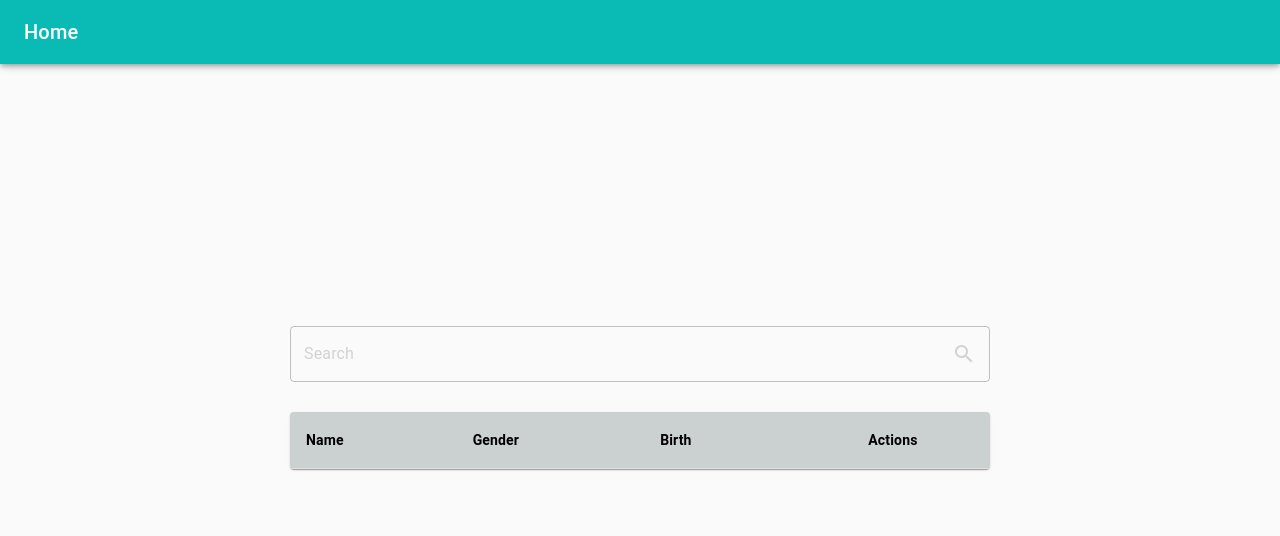
Repository: GabrielBrandaoProjetos/patient-manager
Page: /
These files come from the project's save history. The page is drawn as it stood at one moment and after the next save; the edit follows.
The browser window is 1280 px wide. The pictures show the whole page.
The page's requests for data from a server got no answer. The project was rebuilt for these pictures with package versions that can differ from the ones it lists, and the page was loaded fresh each time. No one was signed in, and anything a server would have sent is missing. Also part of the build but not shown: src/components/Modal/PatientModal.style.ts, src/components/Modal/PatientModal.tsx.

Above is the page before, as saved 2021-09-17 03:59:03.

After the next save:
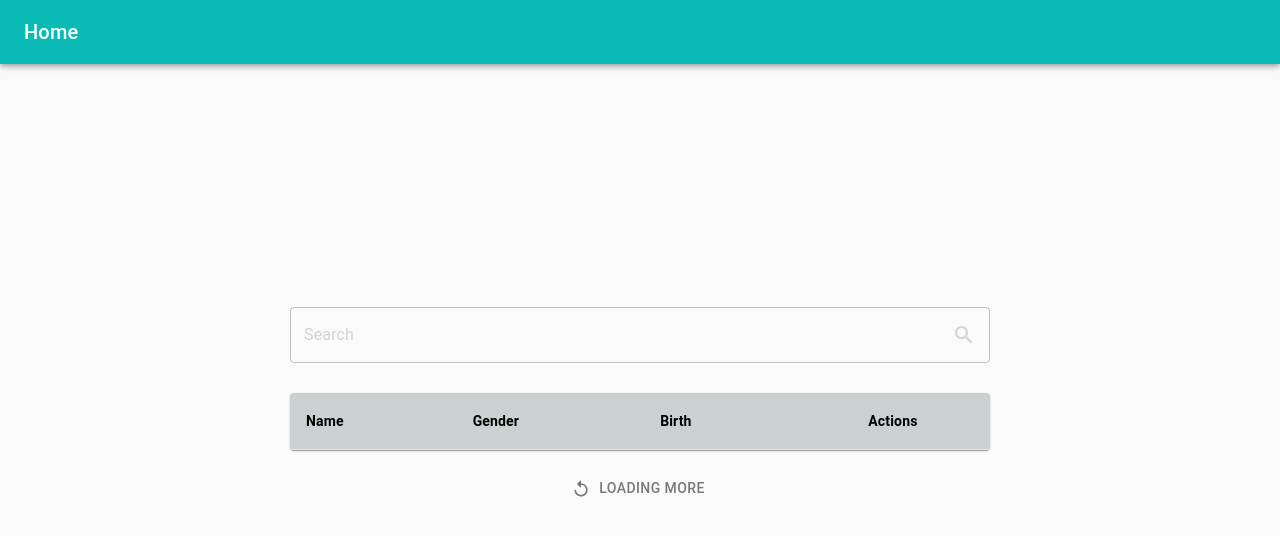
Saved 84 s later.
--- a/src/pages/Home/Home.tsx
+++ b/src/pages/Home/Home.tsx
@@ -135,9 +135,9 @@
               ))
             )}
           </TableBody>
-          {/* {patients.length > 0 && !loading && (
+          {patients && !loading && (
             <InfiniteScroll fetchMore={fetchMore}/>
-          )} */}
+          )}
         </Table>
       </TableContainer>
 

After the save that followed:
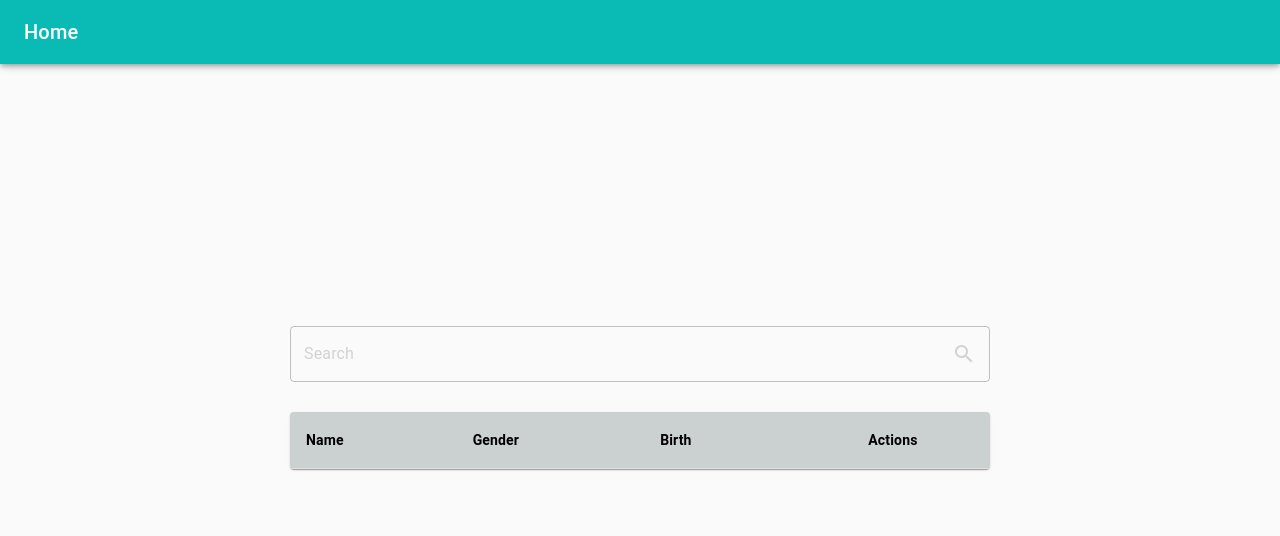
Saved 19 s later.
--- a/src/pages/Home/Home.tsx
+++ b/src/pages/Home/Home.tsx
@@ -135,7 +135,7 @@
               ))
             )}
           </TableBody>
-          {patients && !loading && (
+          {patients.length > 0 && !loading && (
             <InfiniteScroll fetchMore={fetchMore}/>
           )}
         </Table>
